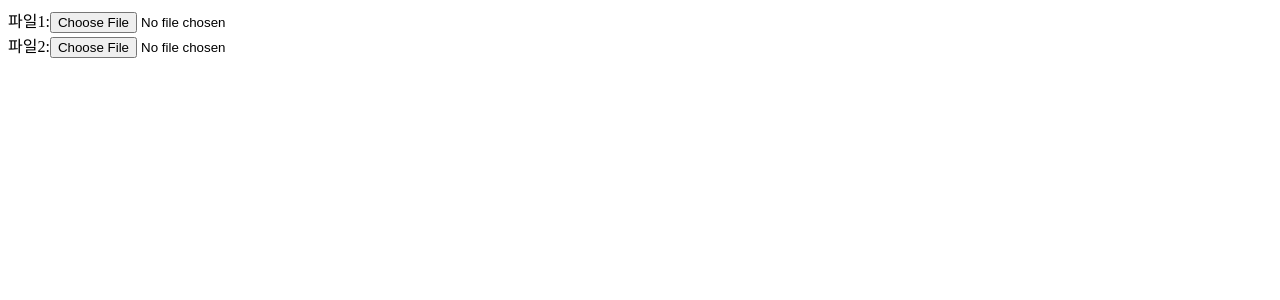
Repository: Yusubin/workEx
Page: http://localhost/project06/uploadForm.jsp
The author's editor kept a copy of each file at every save. The page is drawn from the files as they stood at one save, then again after the next save.
The browser window is 1280 px wide. The pictures show the whole page.
The page is served by Tomcat 9.

Above is the page before, as saved 2022-02-10 08:07:55.

After the next save:
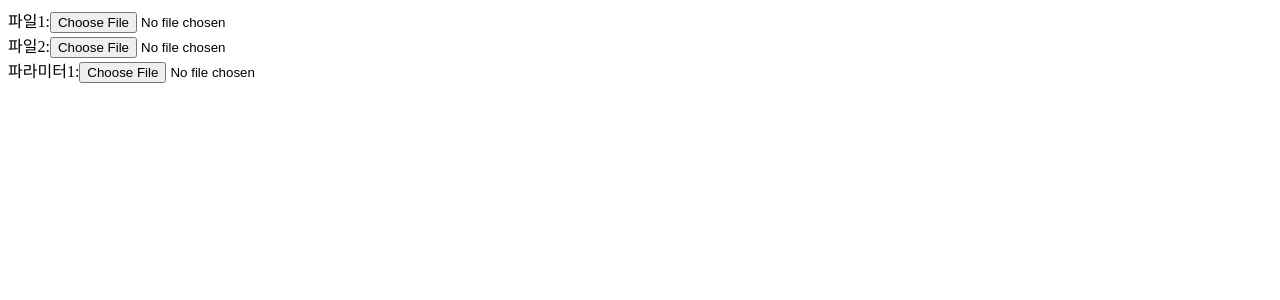
Saved 18 s later.
--- a/project06/src/main/webapp/uploadForm.jsp
+++ b/project06/src/main/webapp/uploadForm.jsp
@@ -14,7 +14,7 @@
 	<form action ="${contextPath}/upload" method="post" enctype="multipart/form-data">
 		파일1:<input type="file" name="file1"><br>
 		파일2:<input type="file" name="file2"><br>
-
+		파라미터1:<input type="file" name="file1"><br>
 	</form>
 </body>
 </html>
